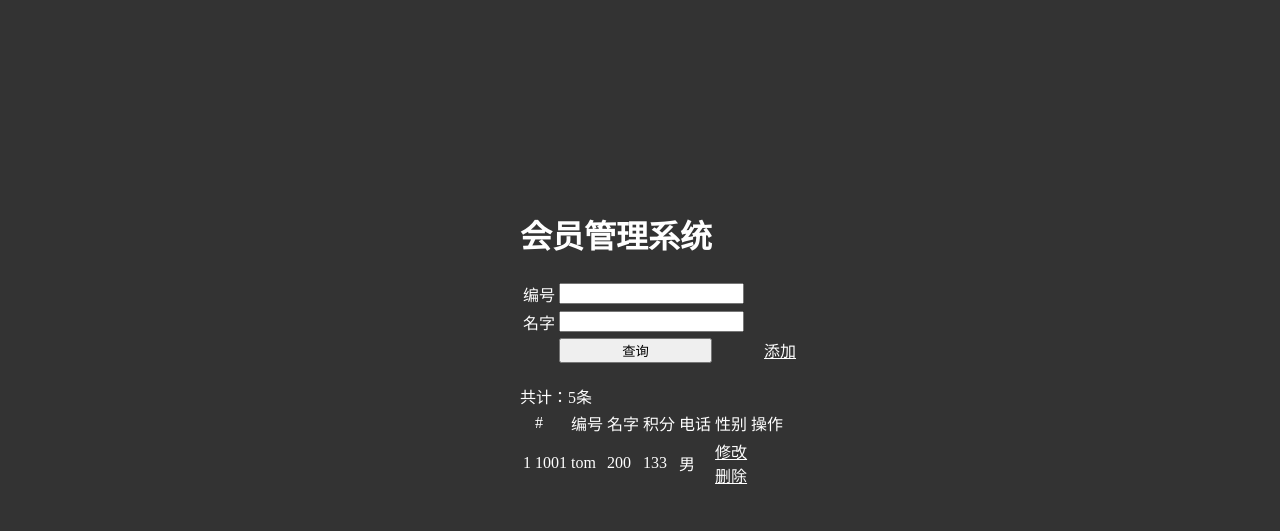
Repository: JasonYan2015/FE-learning-examples
Page: http://localhost/test20160727/home.jsp
An editor plug-in stored every save of this project. The page is shown before and after the next save, followed by the edit.
The browser window is 1280 px wide. The pictures show the whole page.
The page is served by Tomcat 9. Other server files are loaded and not shown.

Above is the page before, as saved 2016-07-28 01:15:44.

### eclipse/test20160727/WebContent/home.jsp
<%@ page language="java" contentType="text/html; charset=UTF-8"
    pageEncoding="UTF-8"%>
<!DOCTYPE html PUBLIC "-//W3C//DTD HTML 4.01 Transitional//EN" "http://www.w3.org/TR/html4/loose.dtd">
<html>
<head>
<meta http-equiv="Content-Type" content="text/html; charset=UTF-8">
<title>Insert title here</title>
	<style>
		body
		{
			position: absolute;
			left: 50%;
			top: 50%;
			margin-left: -120px;
			margin-top: -170px;
 			background-color:#333;
 			font-family: "微软雅黑";
 			color: white;
		}

	</style>
</head>
<body>
	<h1>会员管理系统</h1>
	<form action="select" method="post">
		<table>
			<tr>
				<td>编号</td>
				<td><input type="text" name="id"></td>
				<td></td>
			</tr>
			<tr>
				<td>名字</td>
				<td><input type="text" name="name"></td>
				<td></td>
			</tr>
			<tr>
				<td></td>
				<td><input type="submit" value="查询" style="width: 153px;"></td>
				<td>&nbsp;&nbsp;&nbsp;&nbsp;<a href="add.jsp" style="color: white;">添加</a></td>
			</tr>
		</table>
	</form>

	<br>
	共计：5条
		<table style="border: 1px;">
			<th>
				<td>#</td>
				<td>编号</td>
				<td>名字</td>
				<td>积分</td>
				<td>电话</td>
				<td>性别</td>
				<td>操作</td>
			</th>
			<tr>
				<td>1</td>
				<td>1001</td>
				<td>tom</td>
				<td>200</td>
				<td>133</td>
				<td>男</td>
				<td>
					<div id="updateAdr"><a href="update.jsp" style="color: white;">修改</a></div>
					<div id="deleteAdr"><a href="delete.jsp" style="color: white;">删除</a></div>
				</td>
			</tr>
		</table>



</body>
</html>

After the next save:
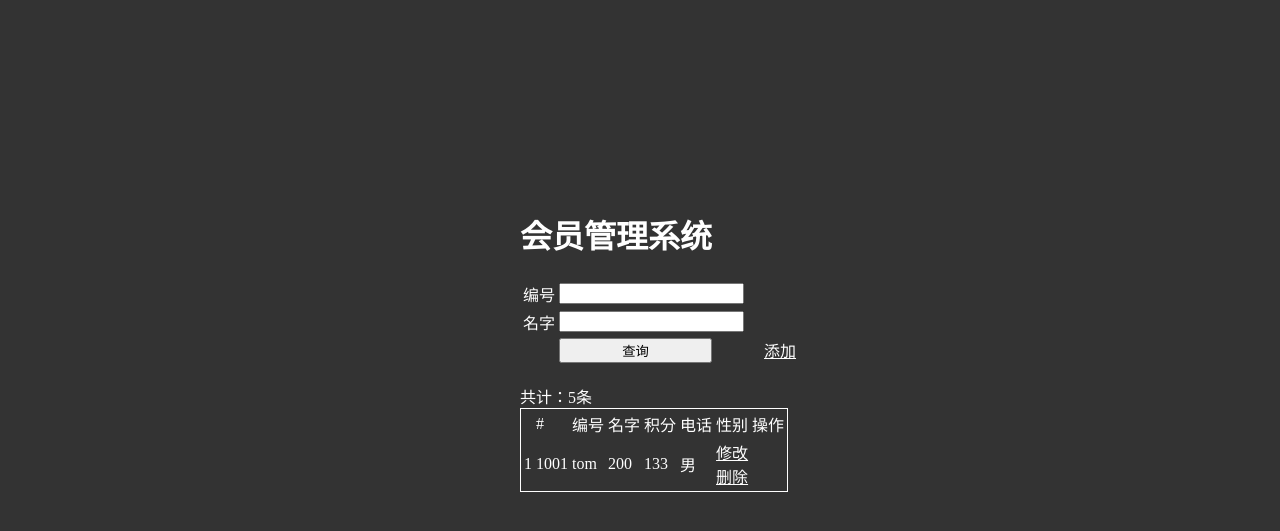
Saved 13 s later.
--- a/eclipse/test20160727/WebContent/home.jsp
+++ b/eclipse/test20160727/WebContent/home.jsp
@@ -44,7 +44,7 @@
 
 	<br>
 	共计：5条
-		<table style="border: 1px;">
+		<table style="border: 1px solid white;">
 			<th>
 				<td>#</td>
 				<td>编号</td>
